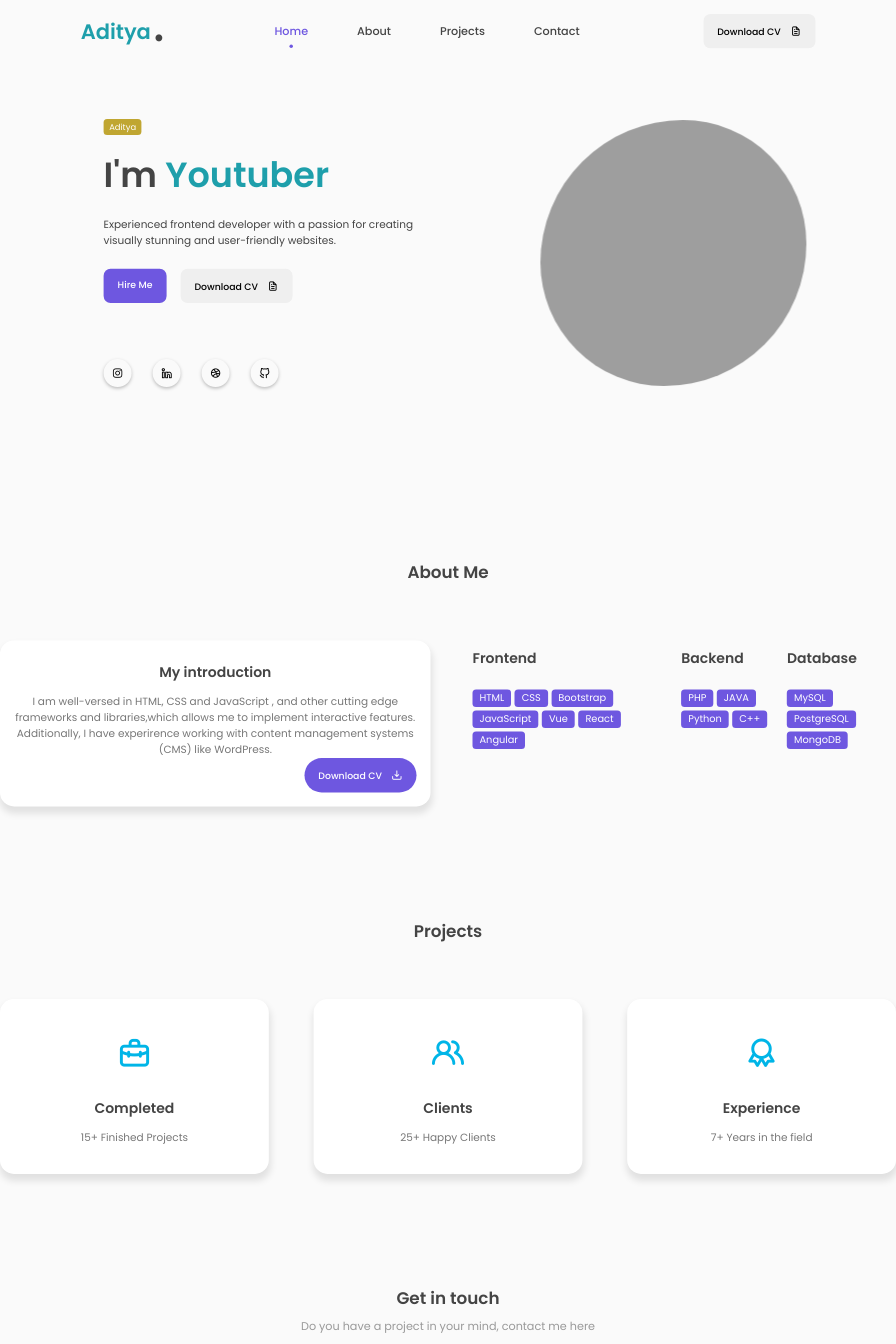
Repository: 4Kbrain/Portofolio
Page: index.html
An editor plug-in stored every save of this project. The page is shown before and after the next save, followed by the edit.
The browser window is 1280 px wide. The pictures show the part of the page from y = 0 to 1920 px (the page is 2774 px tall), at 70% of full size.
Pictures or frames that could not be fetched are drawn as grey boxes.

Above is the page before, as saved 2024-05-15 08:51:42.
Console error: TypeError: Cannot read properties of null (reading 'addEventListener')

After the next save:
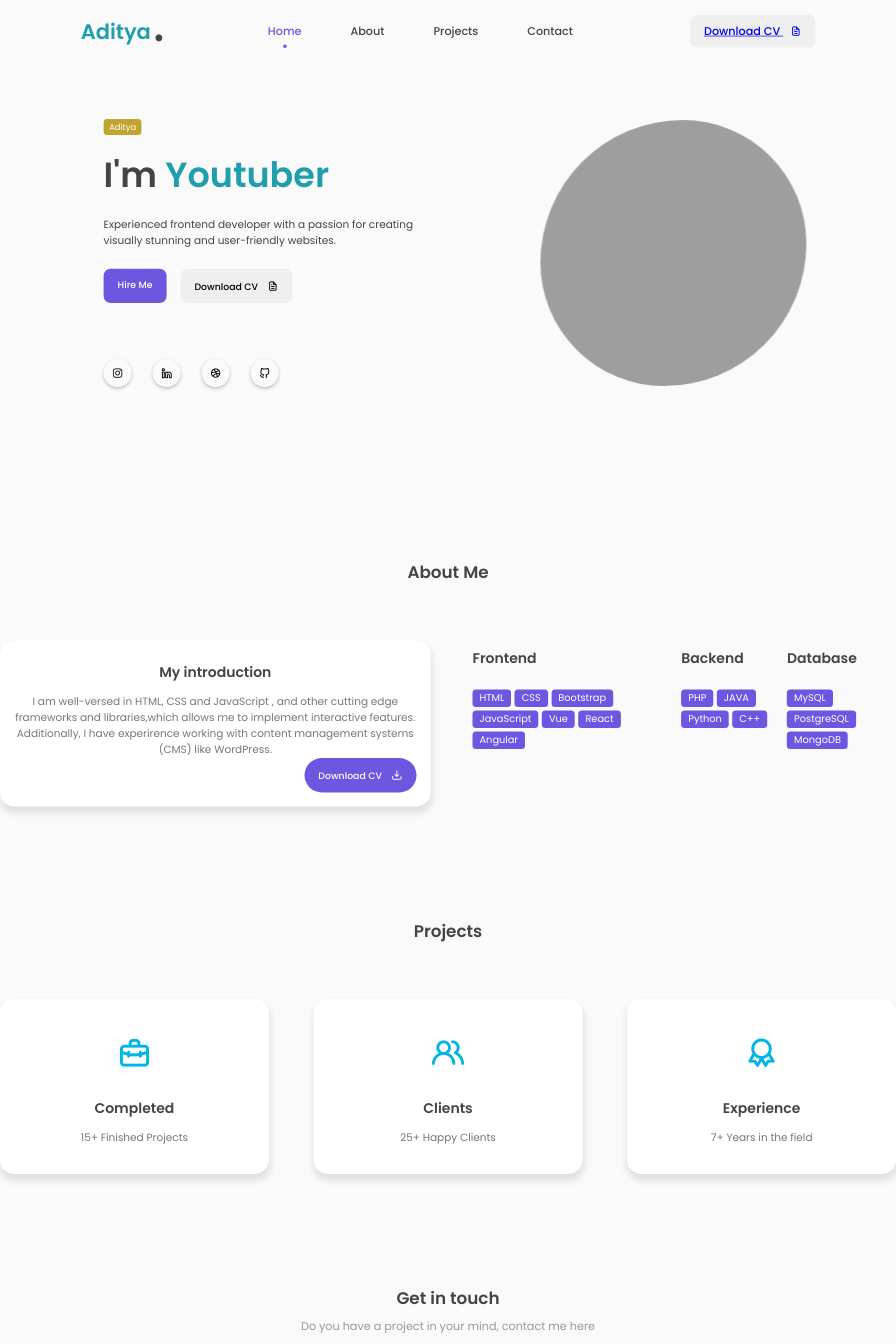
The error is gone.
Saved 2 min 47 s later.
--- a/index.html
+++ b/index.html
@@ -38,7 +38,8 @@
             </ul>
         </div>
         <div class="nav-button">
-            <button class="btn">Download CV <i class="uil uil-file-alt"></i></button>
+            <a id="downloadCVButton" href="assets/CV/Aditya%20CV.pdf" download="CV.pdf" class="btn">Download CV <i class="uil uil-file-alt"></i></a>
+
         </div>
         <div class="nav-menu-btn">
             <i class="uil uil-bars" onclick="myMenuFunction()"></i>
